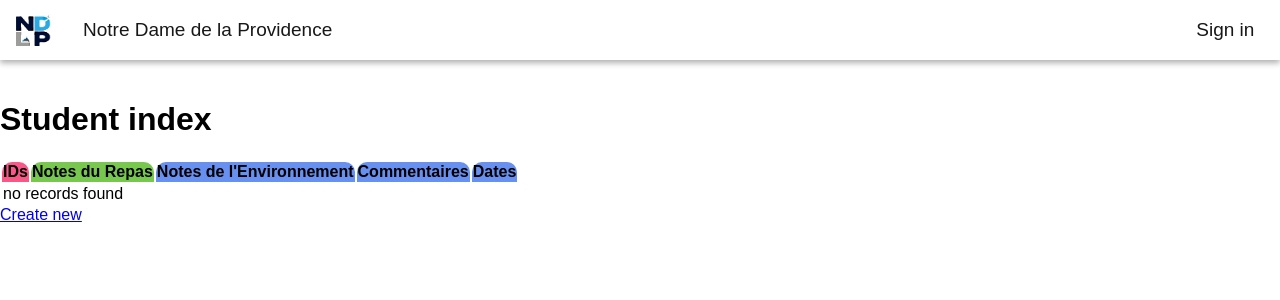
Repository: yaperson/self-feedback1
Page: templates/student/index.html.twig
An editor plug-in stored every save of this project. The page is shown before and after the next save, followed by the edit.
The browser window is 1280 px wide. The pictures show the whole page.
The page is a Twig template of a Symfony application; nobody is signed in and links lead nowhere. The template is opened directly, without the code that normally fills it, so the values that code supplies are empty.

Above is the page before, as saved 2021-12-14 10:42:01.
Console error: TypeError: Cannot read properties of null (reading 'querySelectorAll')

### templates/student/index.html.twig
{% extends 'base.html.twig' %}

{% block title %}Student index{% endblock %}

{% block body %}
    <h1>Student index</h1>

    <script>
        const compare = function(ids, asc)
        {
            return function(row1, row2)
            {
                const tdValue = function(row, ids)
                {
                    return row.children[ids].textContent;
                }

                const tri = function(v1, v2)
                {
                    if (v1 !== '' && v2 !== '' && !isNaN(v1) && !isNaN(v2))
                    {
                        return v1 - v2;
                    }

                    else
                    {
                        return v1.toString().localeCompare(v2);
                    }

                    return v1 !== '' && v2 !== '' && !isNaN(v1) && !isNaN(v2) ? v1 - v2 : v1.toString().localeCompare(v2);
                };

                return tri(tdValue(asc ? row1 : row2, ids), tdValue(asc ? row2 : row1, ids));
            }
        }

        const tbody = document.querySelector('tbody');
        const thx = document.querySelectorAll('th');
        const trxb = tbody.querySelectorAll('tr');

        thx.forEach(function(th)
        {
            th.addEventListener('click', function()
            {
                let classe = Array.from(trxb).sort(compare(Array.from(thx).indexOf(th), this.asc = !this.asc));

                classe.forEach(function(tr)
                {
                    tbody.appendChild(tr)
                });
            })
        });
    </script>

    <table class="table">
        <thead>
            <tr>
                <th style="background-color:#F85888; border-top-left-radius: 10px; -moz-border-radius-topleft: 10px; -webkit-border-top-left-radius: 10px; -khtml-border-top-left-radius: 10px; -icab-border-top-left-radius: 10px; -o-border-top-left-radius: 10px; border-top-right-radius: 10px; -moz-border-radius-topright: 10px; -webkit-border-top-right-radius: 10px; -khtml-border-top-right-radius: 10px; -icab-border-top-right-radius: 10px; -o-border-top-right-radius: 10px;">IDs</th>
                <th style="background-color:#78C850; border-top-left-radius: 10px; -moz-border-radius-topleft: 10px; -webkit-border-top-left-radius: 10px; -khtml-border-top-left-radius: 10px; -icab-border-top-left-radius: 10px; -o-border-top-left-radius: 10px; border-top-right-radius: 10px; -moz-border-radius-topright: 10px; -webkit-border-top-right-radius: 10px; -khtml-border-top-right-radius: 10px; -icab-border-top-right-radius: 10px; -o-border-top-right-radius: 10px;">Notes du Repas</th>
                <th style="background-color:#6890F0; border-top-left-radius: 10px; -moz-border-radius-topleft: 10px; -webkit-border-top-left-radius: 10px; -khtml-border-top-left-radius: 10px; -icab-border-top-left-radius: 10px; -o-border-top-left-radius: 10px; border-top-right-radius: 10px; -moz-border-radius-topright: 10px; -webkit-border-top-right-radius: 10px; -khtml-border-top-right-radius: 10px; -icab-border-top-right-radius: 10px; -o-border-top-right-radius: 10px;">Notes de l'Environnement</th>
                <th style="background-color:#6890F0; border-top-left-radius: 10px; -moz-border-radius-topleft: 10px; -webkit-border-top-left-radius: 10px; -khtml-border-top-left-radius: 10px; -icab-border-top-left-radius: 10px; -o-border-top-left-radius: 10px; border-top-right-radius: 10px; -moz-border-radius-topright: 10px; -webkit-border-top-right-radius: 10px; -khtml-border-top-right-radius: 10px; -icab-border-top-right-radius: 10px; -o-border-top-right-radius: 10px;">Commentaires</th>
                <th style="background-color:#6890F0; border-top-left-radius: 10px; -moz-border-radius-topleft: 10px; -webkit-border-top-left-radius: 10px; -khtml-border-top-left-radius: 10px; -icab-border-top-left-radius: 10px; -o-border-top-left-radius: 10px; border-top-right-radius: 10px; -moz-border-radius-topright: 10px; -webkit-border-top-right-radius: 10px; -khtml-border-top-right-radius: 10px; -icab-border-top-right-radius: 10px; -o-border-top-right-radius: 10px;">Dates</th>
            </tr>
        </thead>
        <tbody>
        {% for student in students %}
            <tr>
                <td>{{ student.id }}</td>
                <td>{{ student.noteRepas }}</td>
                <td>{{ student.noteValeurEnvironnement }}</td>
                <td>{{ student.noteCommentaire }}</td>
                <td>{{ student.noteDate ? student.noteDate|date('Y-m-d') : '' }}</td>
            </tr>
        {% else %}
            <tr>
                <td colspan="6">no records found</td>
            </tr>
        {% endfor %}
        </tbody>
    </table>

    <a href="{{ path('student_new') }}">Create new</a>
{% endblock %}

### templates/base.html.twig
<!doctype html>
<html lang="en">
  <head>
    <meta charset="utf-8">
    <meta name="viewport" content="width=device-width, initial-scale=1, shrink-to-fit=no">
    <meta name="description" content="">
    <meta name="author" content="">
    <title>
        {% block title %} Welcome!
        {% endblock %}

    </title>
    <link rel="shortcut icon" href="images/cropped-cropped-NDLP-3-min-e1544695116495.png" type="image/x-icon">
    <link rel="stylesheet" href="css/style.css">
    <link rel="stylesheet" href="css/home.css">
    <!-- Bootstrap core CSS -->
    {# <link rel="stylesheet" href="/css/bootstrap.css" > #}
    {# <link rel="stylesheet" href="/css/starter-template.css" > #}

    <!-- Bootstrap core JS    # MIS EN COMMENTAIRE CAR BUGUE, A REGLER #
    <script src="js/bootstrap.js" > -->

 {% block stylesheets %}
 {% endblock %}
 {% block javascripts %}
 {% endblock %}

  </head>

  <body>
        <nav class="topnav" id="myTopnav">
          <div id="left">
            <img class="topnav__link img" src="/images/cropped-cropped-NDLP-3-min-e1544695116495.png">
            <span class="topnav__link">Notre Dame de la Providence</span>
          </div>
          {% if is_granted('ROLE_USER') %}
              <div class="nav-link disabled">
                <i class="fas fa-user"></i>
                {% if app.user %}
                  <strong>{{ app.user.username }}</strong>
                {% endif %}
              </div>
              <a class="topnav__link" id="right" href="{{ path('app_logout') }}">{{'Logout'|trans}}</a>
              {% else %}
              <a class="topnav__link" id="right" href="{{ path('app_login') }}">{{'Sign in'|trans}}</a>
              {% endif %}
        </nav>

    <main>
          {% block body %}{% endblock %}

    </main><!-- /.container -->
    {#
    <!-- Bootstrap core JavaScript
    ================================================== -->
    <!-- Placed at the end of the document so the pages load faster -->
    <script src="https://code.jquery.com/jquery-3.2.1.slim.min.js" integrity="sha384-KJ3o2DKtIkvYIK3UENzmM7KCkRr/rE9/Qpg6aAZGJwFDMVNA/GpGFF93hXpG5KkN" crossorigin="anonymous"></script>
    <script>window.jQuery || document.write('<script src="../../../../assets/js/vendor/jquery-slim.min.js"><\/script>')</script>
    <script src="../../../../assets/js/vendor/popper.min.js"></script>
    <script src="../../../../dist/js/bootstrap.min.js"></script> #}
  </body>
</html>

### public/css/style.css
html{
    width: 100%;
    width: 100%;
    height: 100%;
}


body{
    display: grid;
    margin: 0;
    width: 100%;
    height: 100vh;
    font-family: Arial, Helvetica, sans-serif;
}

main {
  margin-top: 5rem;
}

#btn5 {
  background: linear-gradient(180deg, #2aa1d4 0%, rgba(42, 158, 207, 0.992) 0.01%, rgba(43, 158, 207, 0.65) 99.97%, rgba(41, 157, 207, 0.67) 99.98%, rgba(45, 170, 225, 0.89) 100%);
  box-shadow: 0px 4px 4px rgba(0, 0, 0, 0.12);
  border-radius: 30px;
  border: none;
}
/***********************************************/
.topnav {
  overflow: hidden;
  background-color: rgb(255, 255, 255);
  box-shadow: 0 3px 6px 0 rgb(175, 175, 175);
  user-select: none;
  z-index: 2;
  display: flex;
  align-items: center;
  justify-content: space-between;
  position: fixed;
  width: 100%;
}
.topnav .topnav__link {
  float: left;
  color: #181818;
  padding: 14px 16px;
  text-decoration: none;
  font-size: 19px;
  transition: 0.2s;
}
#left {
  display: flex;
  align-items: center;
}
#right {
  float: right;
  /* margin-left: 75%; */
  padding-right: 2%;
}
.img {
  width: 35px;
  height: 32px;
  left: 11px;
  top: 7px;
}
.topnav .topnav__link:hover {
  color: #060c18;
  transition: 0.2s;
}
  /*****/
  .foo-container {
    display: flex;
    position: absolute;
    justify-content: center;
    align-items: center;
    bottom: 0;
    width: 100%;
    /* height: 164px; */
    color: white;
    background: #424242;
  }
  .bloc {
    display: flex;
    justify-content: space-around;
    margin: 10px;
    width: 50%;
  }

/***********************************************/

.error{
  display: flex;
  position: absolute;
  justify-content: center;
  align-items: center;
  width: 100%;
  height: 50px;
  background-color: red;
  animation: kboom infinite 1s;
  color: white;
}

@keyframes kboom {
  0%{
    background-color: red;
  }
  100%{
    background-color: blue;
  }
}



element.style {
  background-image: url(assets/img/image1.jpg);
  height: 100vh;
}
.bg-image {
  display: flex;
  justify-content: center;
  align-items: center;
  position: relative;
  overflow: hidden;
  background-repeat: no-repeat;
  background-size: cover;
  background-position: 50%;
}

@media (max-width: 750px) {
  .foo-container {
    color: #b6b6fb;
  }
  .topnav {
    max-width: 100%;
  }
}

### public/css/home.css
.main__title{
    display: flex;
    justify-content: center;
}

.title{
    font-size: 5rem;
    transition: 0.2s;
    animation: fromTop 2s ;
}

/***************/
.main__btn{
    justify-content: center;
    align-content: center;
    align-items: center;
    text-align: center;
    display: flex;
}

#btn5{
    display: flex;
    align-items: center;
    justify-content: center;
    position: relative;
    overflow: hidden;
    color: rgb(255, 255, 255);
    mix-blend-mode: normal;
    cursor: pointer;
    outline: none;
    border: none;
    width: 20%;
    height: 60px;
    text-decoration: none;
}
.TxtBtn {
    position: relative;
    pointer-events: none;
}

@media screen and (max-width: 750px) {
    main{
        max-width: 100%;
        height: 80%;
    }
    h1 {
        font-size: 60px;
        margin: auto;
    }
    h3{
        font-size: 50px;
    }
    #target{
        font-size: 50px;
    }
    #btn5{
        width: 200px;
    }
}

@keyframes fromTop {
    0% {
        color: rgba(0, 0, 0, 0);
        transition: 0.2s;
        margin-top: 20px;
    }
    100% {
        color: rgb(0, 0, 0);
        /* transition: 0.2s; */
    }
}

After the next save:
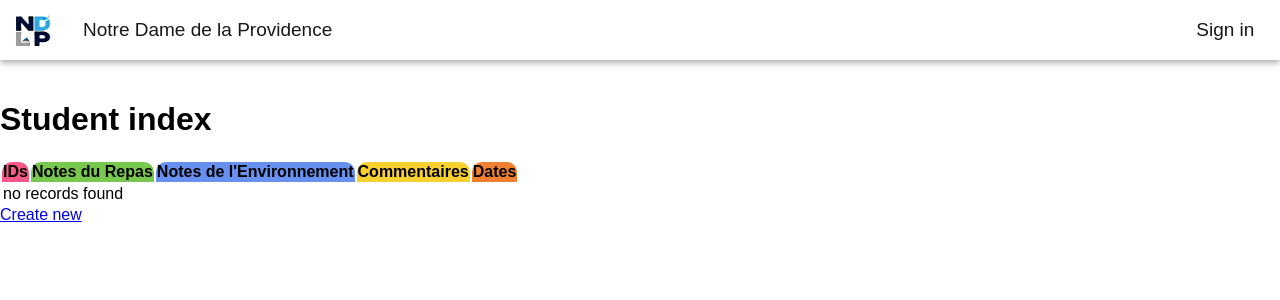
Saved 61 s later.
--- a/templates/student/index.html.twig
+++ b/templates/student/index.html.twig
@@ -58,8 +58,8 @@
                 <th style="background-color:#F85888; border-top-left-radius: 10px; -moz-border-radius-topleft: 10px; -webkit-border-top-left-radius: 10px; -khtml-border-top-left-radius: 10px; -icab-border-top-left-radius: 10px; -o-border-top-left-radius: 10px; border-top-right-radius: 10px; -moz-border-radius-topright: 10px; -webkit-border-top-right-radius: 10px; -khtml-border-top-right-radius: 10px; -icab-border-top-right-radius: 10px; -o-border-top-right-radius: 10px;">IDs</th>
                 <th style="background-color:#78C850; border-top-left-radius: 10px; -moz-border-radius-topleft: 10px; -webkit-border-top-left-radius: 10px; -khtml-border-top-left-radius: 10px; -icab-border-top-left-radius: 10px; -o-border-top-left-radius: 10px; border-top-right-radius: 10px; -moz-border-radius-topright: 10px; -webkit-border-top-right-radius: 10px; -khtml-border-top-right-radius: 10px; -icab-border-top-right-radius: 10px; -o-border-top-right-radius: 10px;">Notes du Repas</th>
                 <th style="background-color:#6890F0; border-top-left-radius: 10px; -moz-border-radius-topleft: 10px; -webkit-border-top-left-radius: 10px; -khtml-border-top-left-radius: 10px; -icab-border-top-left-radius: 10px; -o-border-top-left-radius: 10px; border-top-right-radius: 10px; -moz-border-radius-topright: 10px; -webkit-border-top-right-radius: 10px; -khtml-border-top-right-radius: 10px; -icab-border-top-right-radius: 10px; -o-border-top-right-radius: 10px;">Notes de l'Environnement</th>
-                <th style="background-color:#6890F0; border-top-left-radius: 10px; -moz-border-radius-topleft: 10px; -webkit-border-top-left-radius: 10px; -khtml-border-top-left-radius: 10px; -icab-border-top-left-radius: 10px; -o-border-top-left-radius: 10px; border-top-right-radius: 10px; -moz-border-radius-topright: 10px; -webkit-border-top-right-radius: 10px; -khtml-border-top-right-radius: 10px; -icab-border-top-right-radius: 10px; -o-border-top-right-radius: 10px;">Commentaires</th>
-                <th style="background-color:#6890F0; border-top-left-radius: 10px; -moz-border-radius-topleft: 10px; -webkit-border-top-left-radius: 10px; -khtml-border-top-left-radius: 10px; -icab-border-top-left-radius: 10px; -o-border-top-left-radius: 10px; border-top-right-radius: 10px; -moz-border-radius-topright: 10px; -webkit-border-top-right-radius: 10px; -khtml-border-top-right-radius: 10px; -icab-border-top-right-radius: 10px; -o-border-top-right-radius: 10px;">Dates</th>
+                <th style="background-color:#F8D030; border-top-left-radius: 10px; -moz-border-radius-topleft: 10px; -webkit-border-top-left-radius: 10px; -khtml-border-top-left-radius: 10px; -icab-border-top-left-radius: 10px; -o-border-top-left-radius: 10px; border-top-right-radius: 10px; -moz-border-radius-topright: 10px; -webkit-border-top-right-radius: 10px; -khtml-border-top-right-radius: 10px; -icab-border-top-right-radius: 10px; -o-border-top-right-radius: 10px;">Commentaires</th>
+                <th style="background-color:#F08030; border-top-left-radius: 10px; -moz-border-radius-topleft: 10px; -webkit-border-top-left-radius: 10px; -khtml-border-top-left-radius: 10px; -icab-border-top-left-radius: 10px; -o-border-top-left-radius: 10px; border-top-right-radius: 10px; -moz-border-radius-topright: 10px; -webkit-border-top-right-radius: 10px; -khtml-border-top-right-radius: 10px; -icab-border-top-right-radius: 10px; -o-border-top-right-radius: 10px;">Dates</th>
             </tr>
         </thead>
         <tbody>
